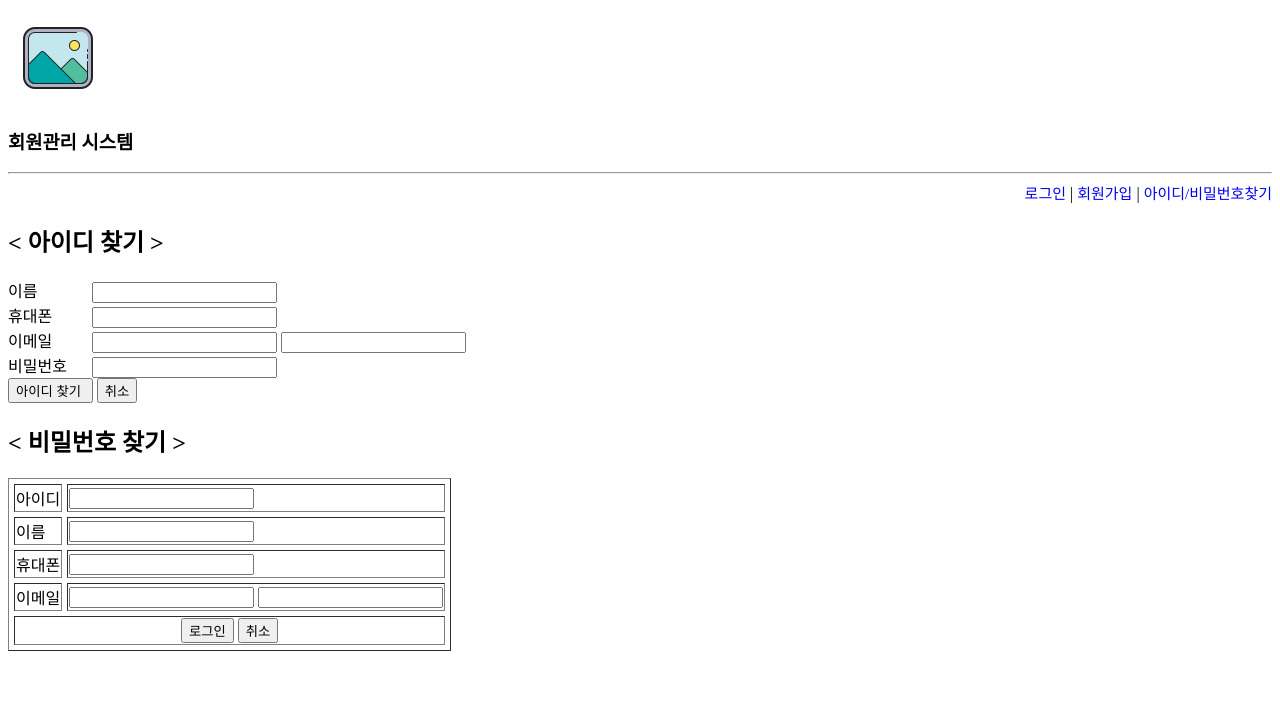
Repository: jelly02/workspace_web
Page: 04.css_basic/src/main/webapp/findMember.html
These files come from the project's save history. The page is drawn as it stood at one moment and after the next save; the edit follows.
The browser window is 1280 px wide. The pictures show the whole page.

Above is the page before, as saved 2021-06-28 08:21:02.

After the next save:
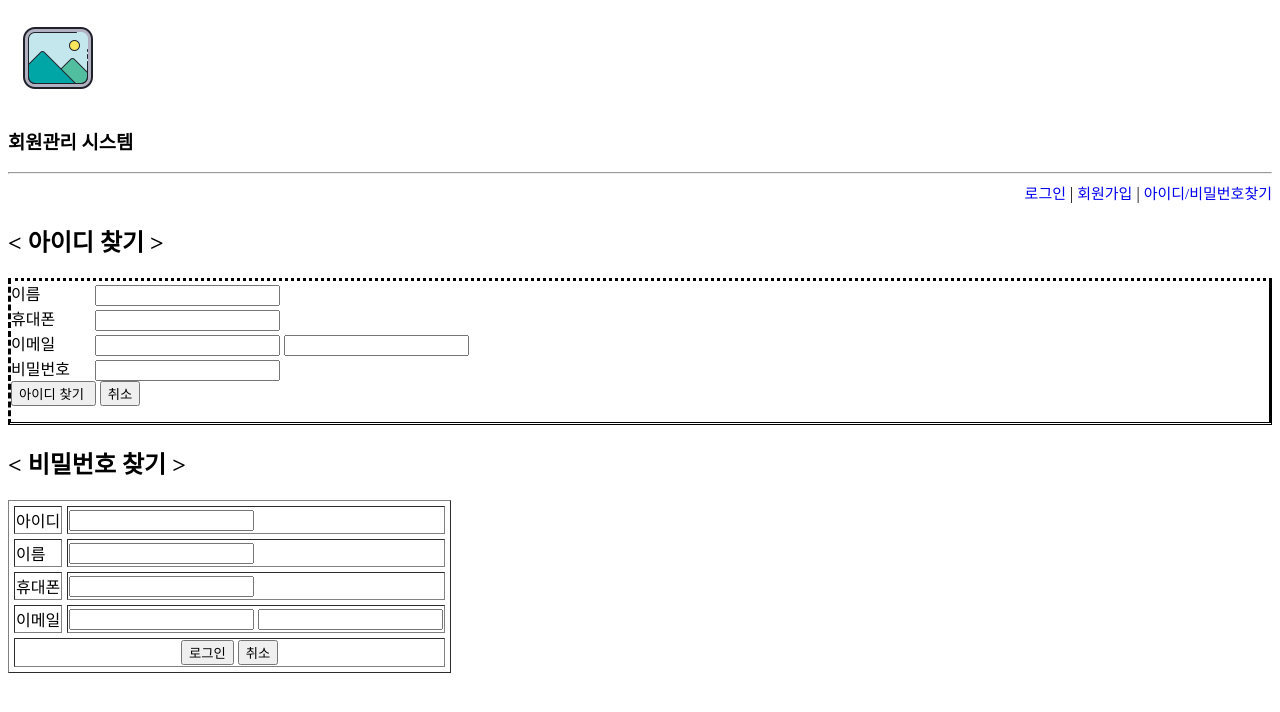
Saved 22 s later.
--- a/04.css_basic/src/main/webapp/css/common.css
+++ b/04.css_basic/src/main/webapp/css/common.css
@@ -71,5 +71,6 @@ input[type="text"]:focus, input[type="password"]:focus, textarea:focus{
 div.top_menu  { text-align: right; }
 div.top_menu a { text-decoration: none; font-size: 15px; }
 div.line {
+	border-style: dotted solid double dashed;
 
 }
